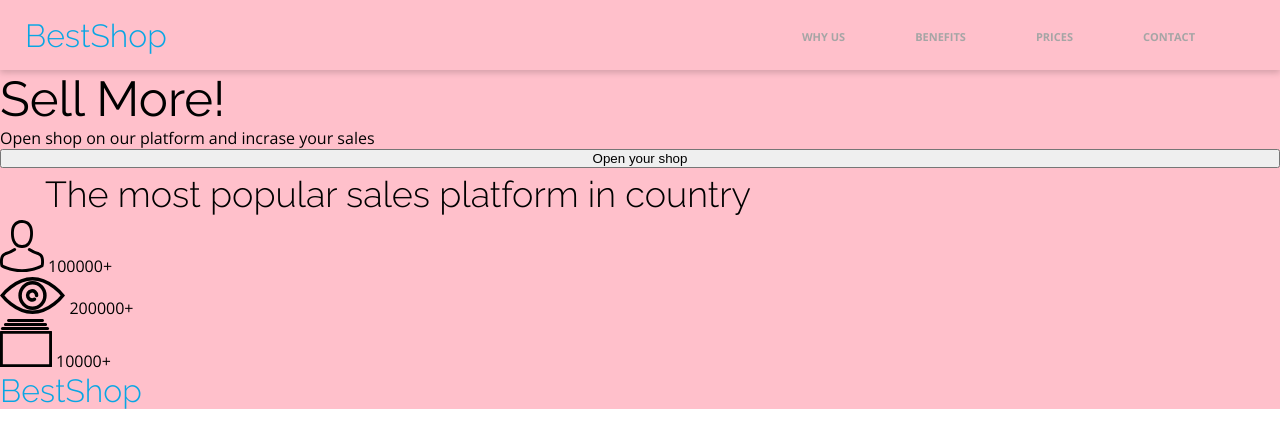
Repository: artwol993/BestShop
Page: index.html
These files come from the project's save history. The page is drawn as it stood at one moment and after the next save; the edit follows.
The browser window is 1280 px wide. The pictures show the whole page.
The style sheet was rebuilt from its Sass, Less or Tailwind sources for each picture, by a compiler version that may differ from the author's.

Above is the page before, as saved 2020-05-27 22:57:08.

### index.html
<!DOCTYPE html>
<html lang="en">
<head>
    <meta charset="UTF-8">
    <meta name="viewport" content="width=device-width, initial-scale=1.0">
    <title>BestShop[artwol993]</title>
    <link rel="stylesheet" href="css/main.css">
    <style>
        @import url('https://fonts.googleapis.com/css2?family=Open+Sans:wght@400;700&display=swap');
    </style>
    <style>
        @import url('https://fonts.googleapis.com/css2?family=Raleway:wght@300;400;700;800&display=swap');
    </style>
</head>
<body>
    <div class="main__container">
        <header>
            <div class="logo">BestShop</div>
            <nav class="nav">
                <!-- <button class="hamburger" aria-label="Menu">
                    <span class="hamburger__container" tabindex="-1">
                        <span class="hamburger__bars"></span>
                      </span>
                </button> -->
                <div class="side__menu">
                    <ul class="nav__list">
                        <li class="nav__list-item"><a href="" class="nav__link">why us</a></li>
                        <li class="nav__list-item"><a href="" class="nav__link">benefits</a></li>
                        <li class="nav__list-item"><a href="" class="nav__link">prices</a></li>
                        <li class="nav__list-item"><a href="" class="nav__link">contact</a></li>
                    </ul>
                </div>
            </nav>
        </header>
        <div class="content__container">
            <main>
                <section class="welcome">
                    <h1>Sell More!</h1>
                    <p>Open shop on our platform and incrase your sales</p>
                    <button>Open your shop</button>
                </section>
                <section class="stats">
                    <h2>The most popular sales platform in country</h2>
                    <div class="stats__container">
                        <stats__bin>
                            <div class="stats-circle"></div>
                            <img src="./assets/Person.svg" alt="person-contour">
                            <span>100000+</span>
                            <p></p>
                        </stats__bin>
                        <stats__bin>
                            <div class="stats-circle"></div>
                            <img src="./assets/Eye.svg" alt="person-contour">
                            <span>200000+</span>
                            <p></p>
                        </stats__bin>
                        <stats__bin>
                            <div class="stats-circle"></div>
                            <img src="./assets/Catalog.svg" alt="person-contour">
                            <span>10000+</span>
                            <p></p>
                        </stats__bin>
                    </div>
                </section>
                <section class="profits"></section>
                <section class="pricing"></section>
                <section class="contact"></section>
            </main>
        </div>

        <footer>
            <div class="logo">BestShop</div>
            <div class="footer-icon"></div>
            <div class="footer-icon"></div>
        </footer>
    </div>
</body>
</html>

### scss/main.scss
    $c-primary-first: #08a6e4;
    $c-primary-second: #fb3b64;
    $c-primary-third: #55dfb4;
    $c-black: #000000;
    $c-white: #ffffff;
    $c-background: #f7f7f7;
    $c-details: #a5a5a5;
    $c-shadow: #00000029;
    $f-h: 'Raleway', sans-serif;
    $f-p: 'Open Sans', sans-serif;
    $fw-light: 300;
    $fw-normal: 400;
    $fw-bold: 700;
    $fw-black: 800;

/*reset*/

  * {
      margin: 0;
      padding: 0;
      box-sizing: border-box;
  }

  /* fonts */

  a, p, ul, span {
    font-family: $f-p;
  }

  h1 {
    font-size: 3.063rem;
    font-weight: $fw-normal;
    font-family: $f-h;
    color: $c-black;
  }

  h2 {
    font-size: 2.25rem;
    font-weight: $fw-light;
    margin: 5px 45px;
    font-family: $f-h;
    color: $c-black;
  }

  h3 {
    font-size: 1.25rem;
    font-weight: $fw-bold;
    margin: 5px;
    font-family: $f-h;
    color: $c-black;
  }

  .logo {
    font-size: 2rem;
    font-weight: $fw-light;
    font-family: $f-h;
    color: $c-primary-first;
    text-decoration: none;
    cursor: pointer;
  }

  .body {
      width: 100vh;
  }
  /*header*/
  header {
      height: 70px;
      display: flex;
      align-items: center;
      justify-content: space-between;
      padding: 0 25px;
      box-shadow: 0px 3px 6px $c-shadow;
  }

//   .hamburger {
//     margin: 0;
//     padding: 0;
//     border: 0;
//     background-color: transparent;
//     cursor: pointer;
//     &:focus {
//         & > .hamburger__container {
//           	box-shadow: 0 0 2px 2px #51a7e8;
//         }
//     }
//   }

//   .hamburger__container {
//     display: flex;
//     align-items: center;
//     position: relative;
//     width: 35px;
//     height: 30px;
//   }

//   .hamburger__bars {
//     position: absolute;
//     width: 35px;
//     height: 2px;
//     background-color: #000;
//     transition: transform 220ms ease-in-out;
//     &:before, &:after {
//         display: block;
//         position: absolute;
//         width: 35px;
//         height: 2px;
//         background-color: #000;
//         content: '';
//     }
//     &:before {
//         top: -12px;
//         transition: top 100ms 250ms ease-in, transform 220ms ease-in-out;
//     }
//     &:after {
//         bottom: -12px;
//         transition: bottom 100ms 250ms ease-in,
//           			transform 220ms ease-in-out;
//     }
//   }

//   .hamburger--active {
//     .hamburger__bars {
//         transform: rotate(225deg);
//         transition: transform 220ms 120ms ease-in-out;
//         &:before {
//             top: 0;
//             transition: top 100ms ease-out;
//         }
//         &:after {
//             bottom: 0;
//             transform: rotate(-90deg);
//             transition: bottom 100ms ease-out,
//             		  	transform 220ms 120ms ease-in-out;
//         }
//     }
// }

//   .hamburger, .hamburger__container {
//     &:focus {
//       	outline: none;
//   	}
//   }

//   .side__menu {
//     display: flex;
//     box-sizing: border-box;
//     position: absolute;
//     height: 70%;
//     width: 200px;
//     top: 70px;
//     right: -300px;
//     padding: 0;
//     background-color: red;
//     transition: 0.3s transform ease-in-out;
//   }

//   .side__menu ul {
//     position: absolute;
//     display: flex;
//     flex-direction: column;
//     box-sizing: border-box;
//     height: calc(100% - 70px);
//     flex-wrap: wrap;
//     margin: 0 10px;
//     padding: 0;
//     list-style-type: none;
//     align-content: flex-start;
//   }

//   .side-__menu ul li {
//     display: flex;
//     flex-direction: column;
//     height: 30px;
//     background: $c-primary-second;
//     flex-basis: 100%;
//     margin-top: 70px;
//     color: #696e9e;
//     border-radius: 5px;
//     overflow: hidden;
//   }

//   .side__menu ul li a {
//     display: flex;
//     padding: 10px;
//     align-items: center;
//     width: 100%;
//     height: 100%;
//     background: $c-primary-third;
//     text-decoration: none;
//     box-sizing: border-box;
//   }

//   .hamburger:focus ~ .side__menu, .side__menu:hover {
//     transform: translateX(-300px);
//   }

.nav__list {
  display: flex;
  justify-content: space-around;
  align-items: center;
}

.nav__list-item {
  padding: 10px;
  list-style: none;
  margin-right: 50px;
}

.nav__link {
  color: $c-details;
  font-weight: $fw-bold;
  text-decoration: none;
  text-transform: uppercase;
  font-size: 11px;
}

.nav__link:hover {
  color: $c-black;
  border-bottom: solid 3px $c-primary-first;
  padding-bottom: 23px;
}

.main__container {
  width: 100-wv
  margin 0 50px;
  background: pink;
}

.welcome {
  display: flex;
  flex-direction: column;
  justify-content: center;
}

After the next save:
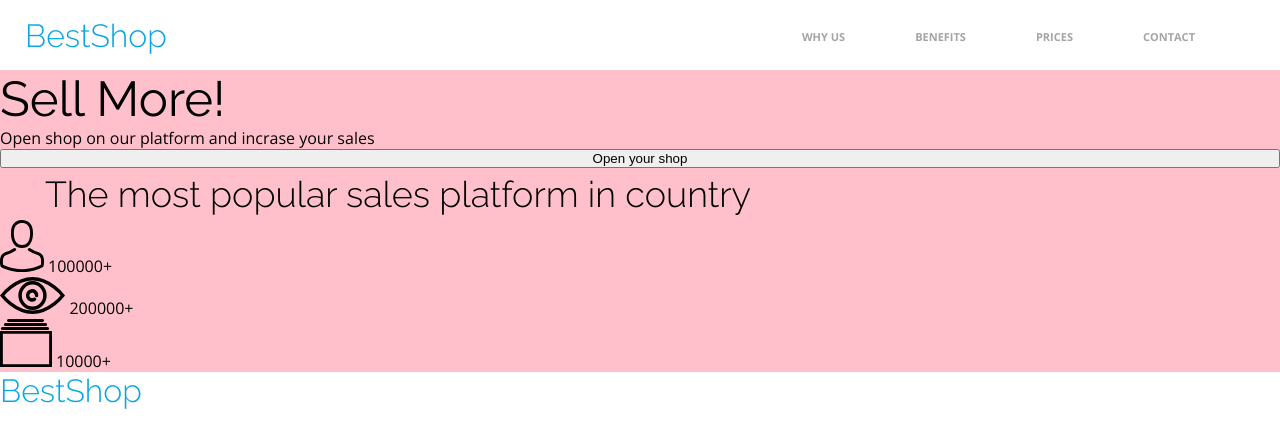
Saved 14 s later.
--- a/scss/main.scss
+++ b/scss/main.scss
@@ -220,7 +220,7 @@
   padding-bottom: 23px;
 }
 
-.main__container {
+.content__container {
   width: 100-wv
   margin 0 50px;
   background: pink;
